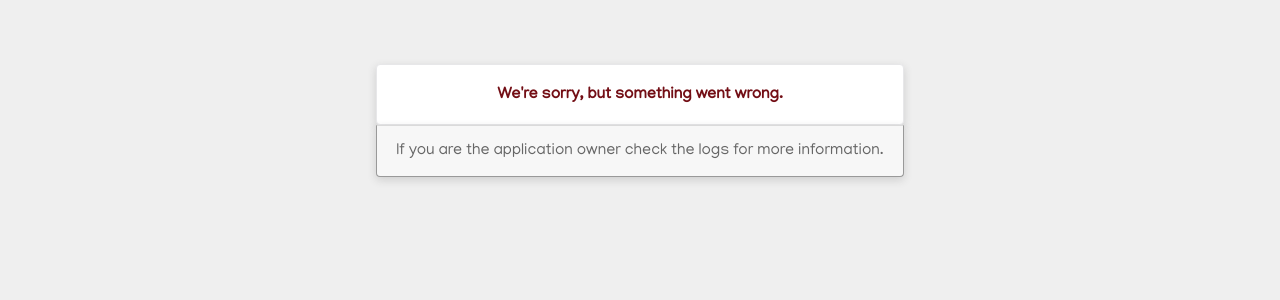
Repository: demesvardestin/demesvar.com
Page: public/500.html
The author's editor kept a record of every edit. The page is drawn from the files as they stood at one moment, then again after the next edit.
The browser window is 1280 px wide. The pictures show the whole page.

Above is the page before.

After the next edit:
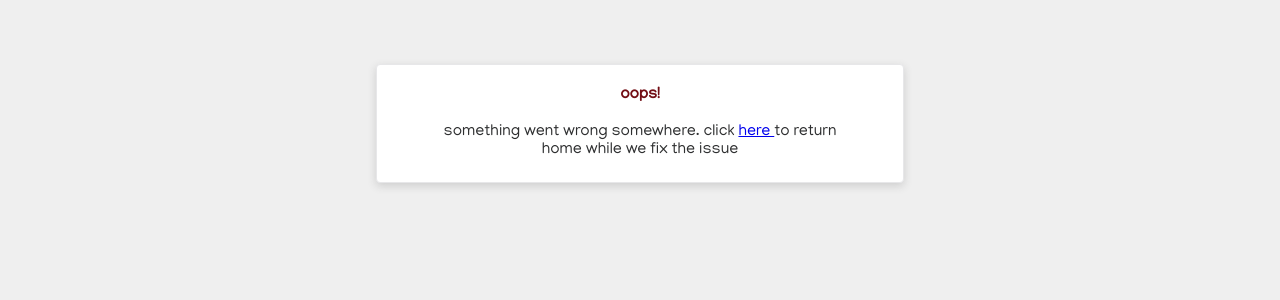
The edit:
--- a/public/500.html
+++ b/public/500.html
@@ -56,9 +56,13 @@
   <!-- This file lives in public/500.html -->
   <div class="dialog">
     <div>
-      <h1>We're sorry, but something went wrong.</h1>
+      <h1>oops!</h1>
+      <p>
+        something went wrong somewhere. click
+        <a href="/">
+          here
+        </a> to return home while we fix the issue
     </div>
-    <p>If you are the application owner check the logs for more information.</p>
   </div>
 </body>
 </html>
